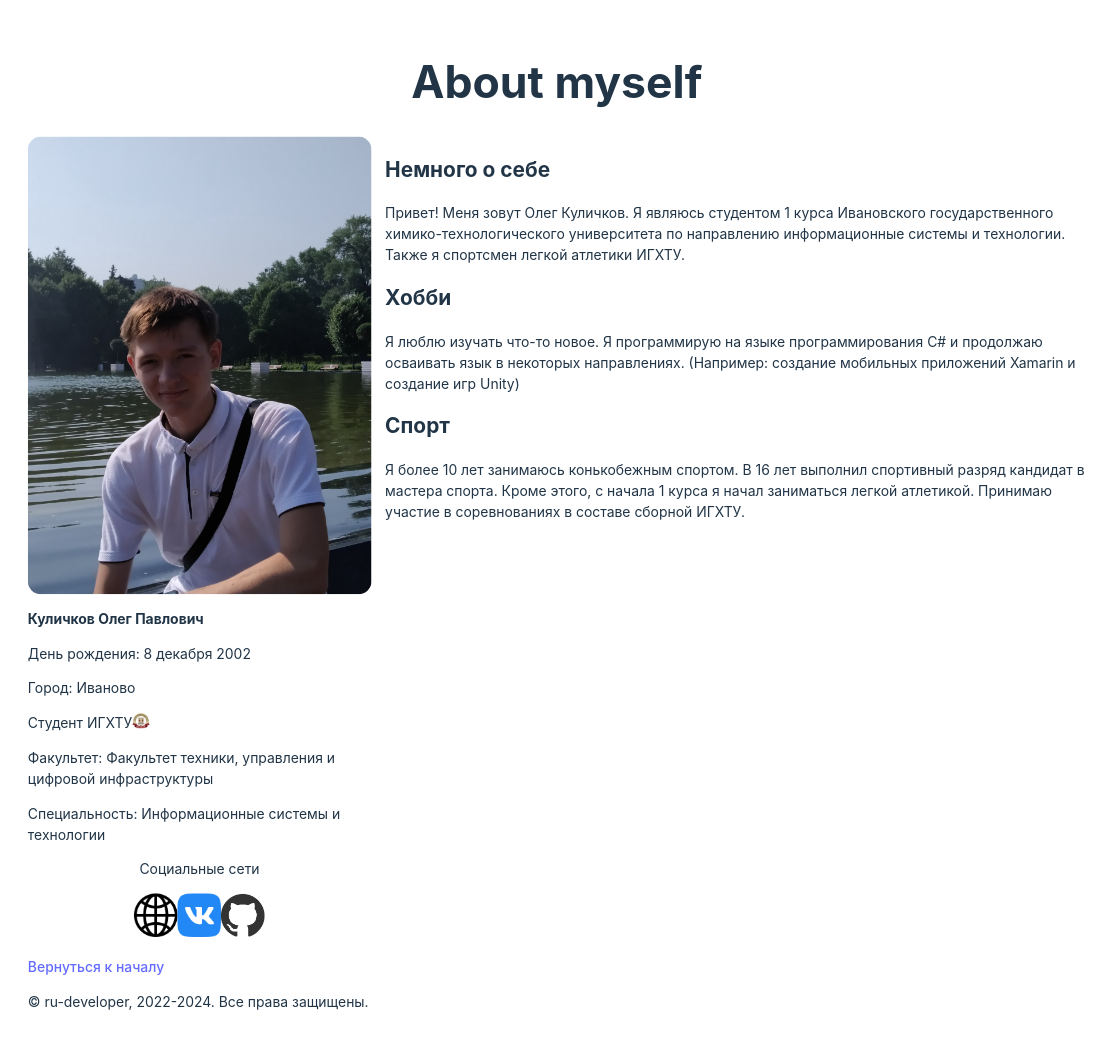
Repository: HubOl01/my_profile
Page: /
The author's editor kept a copy of each file at every save. The page is drawn from the files as they stood at one save, then again after a run of saves.
The browser window is 1280 px wide. The pictures show the whole page, at 87% of full size.
The project was rebuilt for these pictures with package versions that can differ from the ones it lists, and the page was loaded fresh each time. Also part of the build but not shown: vite.config.ts.

Above is the page before, as saved 2024-03-06 08:44:45.

### src/App.tsx
import { Grid } from '@mui/material'
import './App.css'
import Common from './components/center/Common'
import Footer from './components/footer/Footer'
import Header from './components/header/Header'
import LeftBar from './components/left/LeftBar'


function App() {

  return (
    <>
      <Header />
      <Grid container spacing={2}>
        <Grid item xs={4}>
          <LeftBar />
        </Grid>
        <Grid item xs>
          <Common />
        </Grid>
      </Grid>
      <Footer />
    </>
  )
}

export default App

### src/App.css
#root {
  max-width: 1280px;
  margin: 0 auto;
  padding: 2rem;
  /* text-align: center; */
}
.logo:hover {
  filter: drop-shadow(0 0 2em #646cffaa);
}
.logo.react:hover {
  filter: drop-shadow(0 0 2em #61dafbaa);
}

@keyframes logo-spin {
  from {
    transform: rotate(0deg);
  }
  to {
    transform: rotate(360deg);
  }
}

@media (prefers-reduced-motion: no-preference) {
  a:nth-of-type(2) .logo {
    animation: logo-spin infinite 20s linear;
  }
}

.card {
  padding: 2em;
}

.read-the-docs {
  color: #888;
}

### src/components/center/Common.tsx
import React from 'react'

export default function Common() {
  return (
    <div className="Text">
      <h2>Немного о себе</h2>
      <p>
        Привет! Меня зовут Олег Куличков. Я являюсь студентом 1 курса
        Ивановского государственного химико-технологического университета по
        направлению информационные системы и технологии. Также я спортсмен
        легкой атлетики ИГХТУ.
      </p>
      <h2>Хобби</h2>
      <p>
        Я люблю изучать что-то новое. Я программирую на языке программирования
        C# и продолжаю осваивать язык в некоторых направлениях. (Например:
        создание мобильных приложений Xamarin и создание игр Unity)
      </p>
      <h2>Спорт</h2>
      <p>
        Я более 10 лет занимаюсь конькобежным спортом. В 16 лет выполнил
        спортивный разряд кандидат в мастера спорта. Кроме этого, с начала 1
        курса я начал заниматься легкой атлетикой. Принимаю участие в
        соревнованиях в составе сборной ИГХТУ.
      </p>
    </div>
  )
}

### src/components/footer/Footer.tsx
import React from 'react'

export default function Footer() {
  return (
    <footer className="text-muted">
    <div className="container">
      <p className="float-right">
        <a href="#">Вернуться к началу</a>
      </p>
      <p className="footer-text">© ru-developer, 2022-{(new Date()).getFullYear()}. Все права защищены.</p>
    </div>
  </footer>
  )
}

### src/components/header/Header.tsx
import './Header.style.scss'

export default function Header() {
  return (
    <header>
      <div>
        <h1>About myself</h1>
      </div>
    </header>
  )
}

### src/components/left/LeftBar.tsx
import './LeftBar.style.scss'
import about from '../../assets/images/About.jpg'
import isuct from '../../assets/images/isuct.png'
import web from '../../assets/images/web.png'
import vk from '../../assets/images/vk.png'
import github from '../../assets/images/GitHub.png'

const LeftBar = () => {
  return (
    <>
      <div>
        <a title="Куличков Олег" href="https://vk.com/oleg01f">
          <img
            alt="about"
            src={about}
            style={{
              borderRadius: '15px',
              display: 'flex',
              width: "100%",
            }}
            data-holder-rendered="true"
          />
        </a>
        <div>
          <p>
            <b>Куличков Олег Павлович</b>
          </p>
          <p>
            <span >День рождения:</span> 8 декабря 2002
          </p>
          <p>
            <span className="text-format">Город:</span> Иваново
          </p>
          <p>
            Студент ИГХТУ
            <img
              className="isuct"
              alt="ISUCT"
              src={isuct}
              width={20}
            // data-holder-rendered="true"
            />
          </p>
          <p>
            <span className="text-format">Факультет:</span> Факультет техники,
            управления и цифровой инфраструктуры
          </p>
          <p>
            <span className="text-format">Специальность:</span> Информационные
            системы и технологии
          </p>
          <p style={{
            "textAlign": "center"
          }}>
            <span className="text-format" >Социальные сети</span>
          </p>
          <div className="websites" style={{
            // "textAlign": "center",
            // "display": "inline-flex",
            "justifyContent": "center",
            display: 'flex',
            width: "100%",
            // padding: "10px"
          }}>
            <div className="web1">
              <a
                href="mailto:kuloleg54@gmail.com?subject=Вопрос от подписчика"
                title="Email"
              >
                <img
                  className="img-icon"
                  alt="Email"
                  src={web}
                  width={40}
                />
              </a>
            </div>
            <div className="web2">
              <a href="https://vk.com/oleg01f" title="Vk">
                <img
                  className="img-icon"
                  alt="Vk"
                  src={vk}
                  width={20}
                />
              </a>
            </div>
            <div className="web3">
              <a href="https://github.com/HubOl01" title="GitHub">
                <img
                  className="img-icon"
                  alt="GitHub"
                  src={github}
                  width={20}
                />
              </a>
            </div>
          </div>
        </div>
      </div>
    </>
  )
}

export default LeftBar

### src/components/left/LeftBar.style.scss
.img-icon{
    width: 50px;
    height: 50px;
}
div{
    display: "flex";
}

Loaded but not shown: index.html (common file); src/main.tsx (common file); src/index.css (common file); src/components/header/Header.style.scss (common file)

After the next 2 saves:
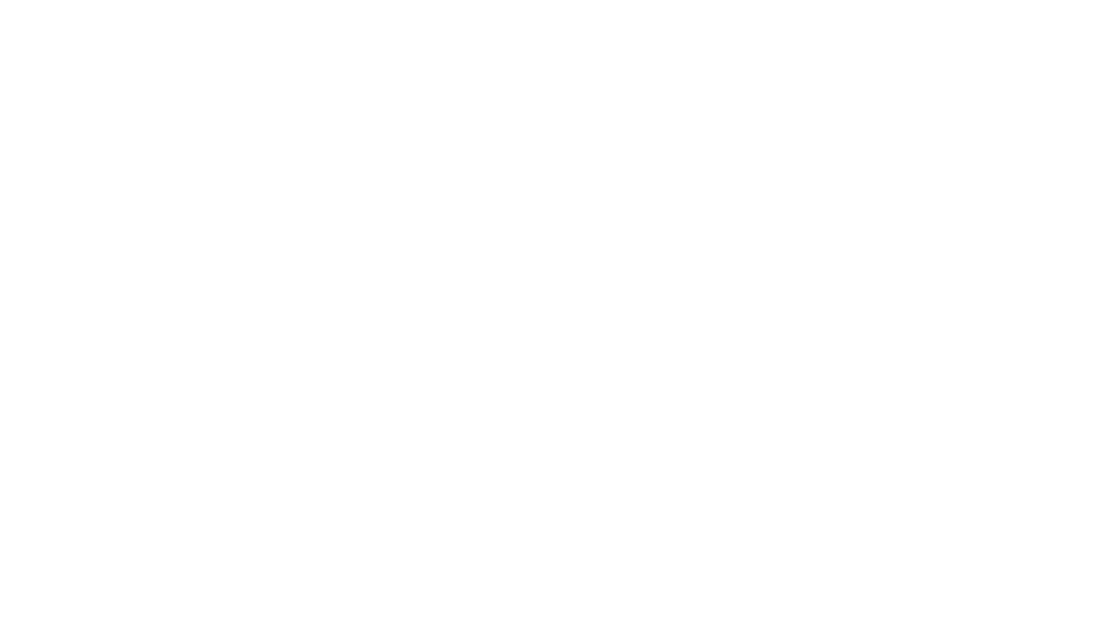
Console error: ReferenceError: spac is not defined
The 2 saves are shown as one change because they came seconds apart.
The last was saved 7 s later.
--- a/src/components/left/LeftBar.tsx
+++ b/src/components/left/LeftBar.tsx
@@ -60,6 +60,7 @@
             "justifyContent": "center",
             display: 'flex',
             width: "100%",
+            spac
             // padding: "10px"
           }}>
             <div className="web1">

After the 2 saves that followed:
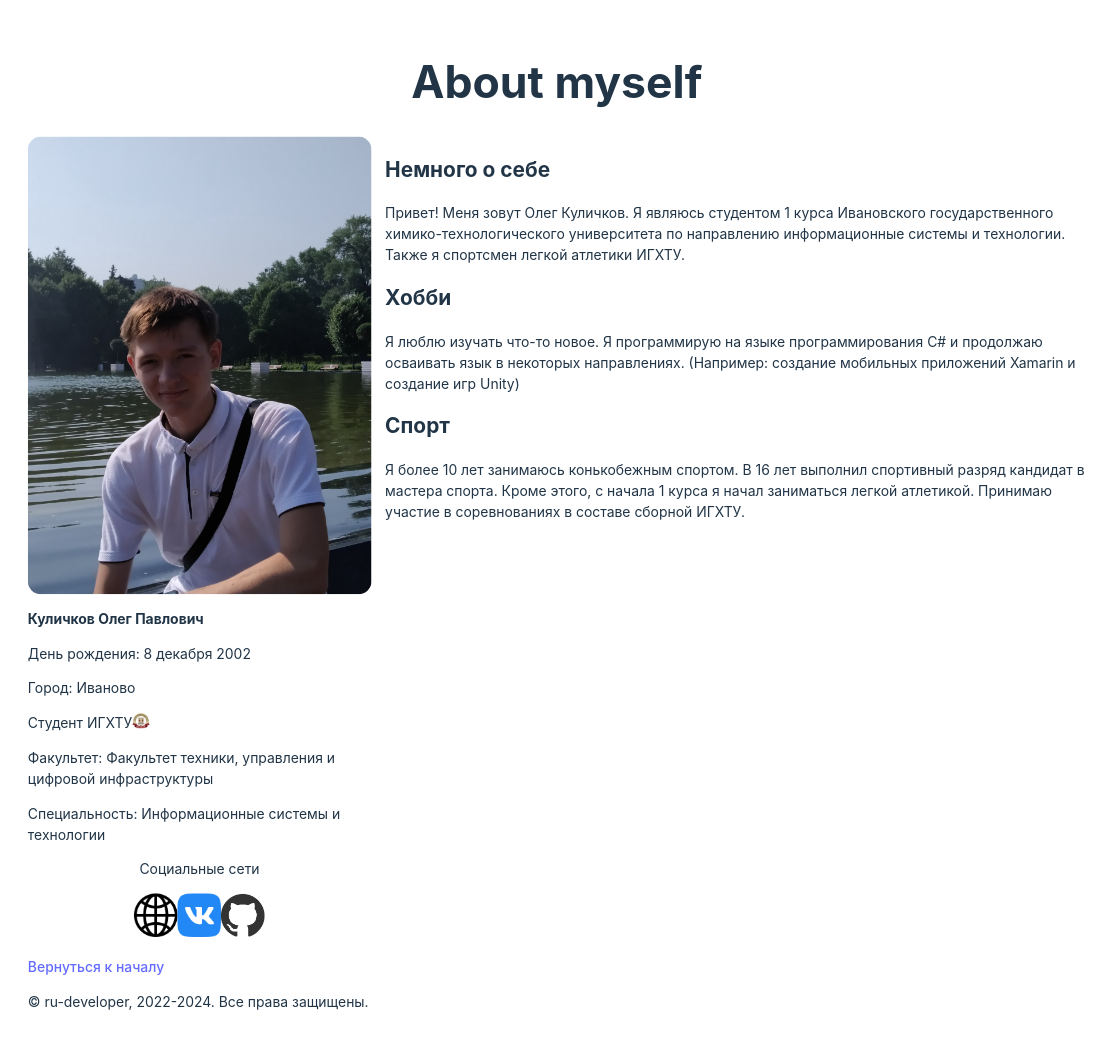
The error is gone.
The 2 saves are shown as one change because 1 left the picture as it was.
The last was saved 10 s later.
--- a/src/components/left/LeftBar.tsx
+++ b/src/components/left/LeftBar.tsx
@@ -60,7 +60,7 @@
             "justifyContent": "center",
             display: 'flex',
             width: "100%",
-            spac
+            wordSpacing: "10px"
             // padding: "10px"
           }}>
             <div className="web1">
